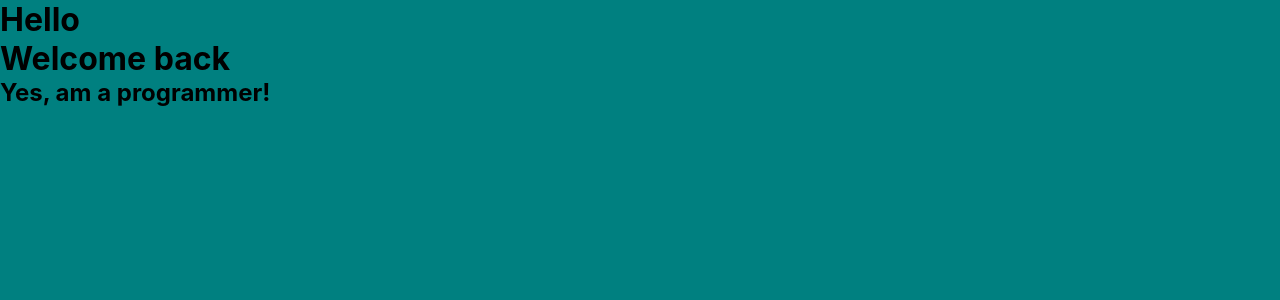
Repository: Exdevo/React
Page: /
An editor plug-in stored every save of this project. The page is shown before and after the next save, followed by the edit.
The browser window is 1280 px wide. The pictures show the whole page.
The project was rebuilt for these pictures with package versions that can differ from the ones it lists, and the page was loaded fresh each time. Also part of the build but not shown: src/ItemDescription.js, src/Product.js.

Above is the page before, as saved 2023-02-12 13:39:20.

### src/App.js
import './App.css';
import Product from './Product';

function App() {

  const name= null;
  let isProgrammer= true;


  return (
    <div className="App">
     <h1> Hello {isProgrammer ? name : "TodayIsMe"} </h1>
     {name ?(
      <>Testing</>
     ):(
      <>
      <h1>Welcome back</h1>
      <h2>Yes, am a programmer!</h2>
      </>
     )}



      {/* < Product
      name='Phone'
      description='Samsung'
      price='4300'
      />
      < Product
      name='Laptop'
      description='Mac'
      price='24000'
      />
      < Product
      name='Woofer'
      description='Vitron'
      price='2300'
      /> */}

    </div>
  );
}

export default App;

### src/App.css
*{
  margin: 0;
  background-color: teal;
}

Loaded but not shown: public/index.html (common file); src/index.js (common file); src/index.css (common file)

After the next save:
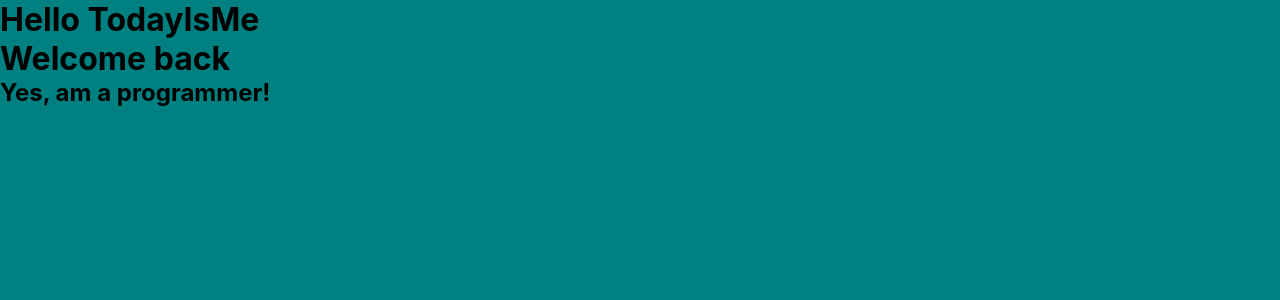
Saved 33 s later.
--- a/src/App.js
+++ b/src/App.js
@@ -4,7 +4,7 @@ import Product from './Product';
 function App() {
 
   const name= null;
-  let isProgrammer= true;
+  let isProgrammer= false;
 
 
   return (
